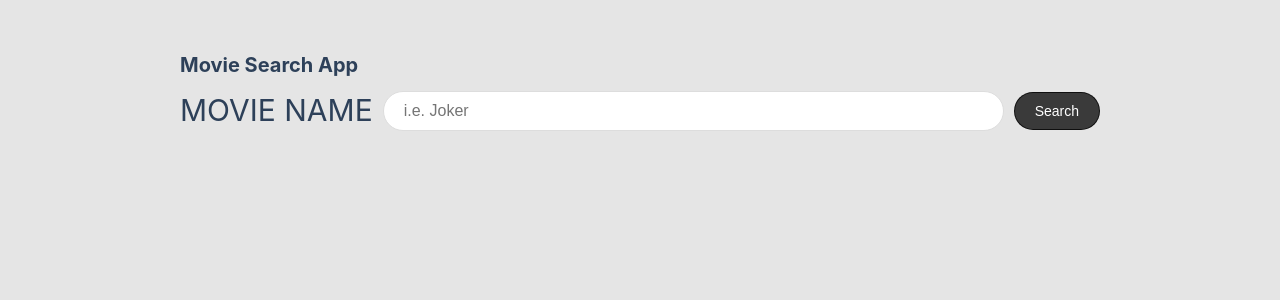
Repository: alialshara94/Movies-Search-React
Page: /
The author's editor kept a copy of each file at every save. The page is drawn from the files as they stood at one save, then again after the next save.
The browser window is 1280 px wide. The pictures show the whole page.
The project was rebuilt for these pictures with package versions that can differ from the ones it lists, and the page was loaded fresh each time.

Above is the page before, as saved 2020-10-22 01:05:53.

After the next save:
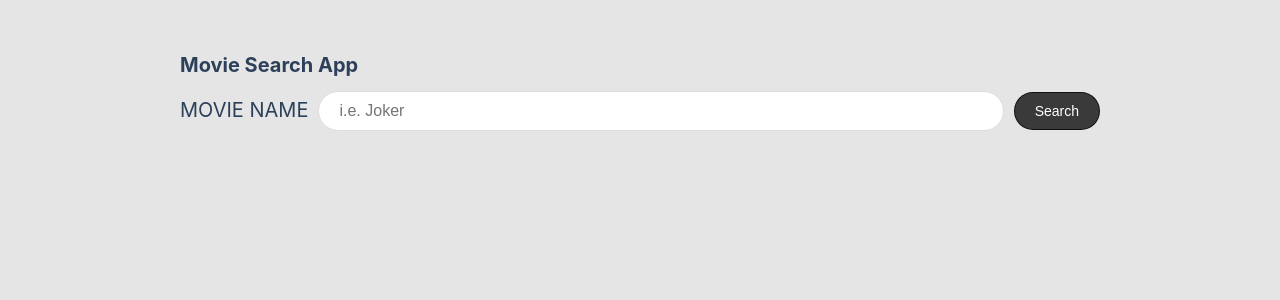
Saved 9 s later.
--- a/src/App.css
+++ b/src/App.css
@@ -37,7 +37,7 @@ small {
 }
 
 .label {
-  font-size: 3rem;
+  font-size: 2rem;
   margin-bottom: 0.2rem;
   text-transform: uppercase;
 }
